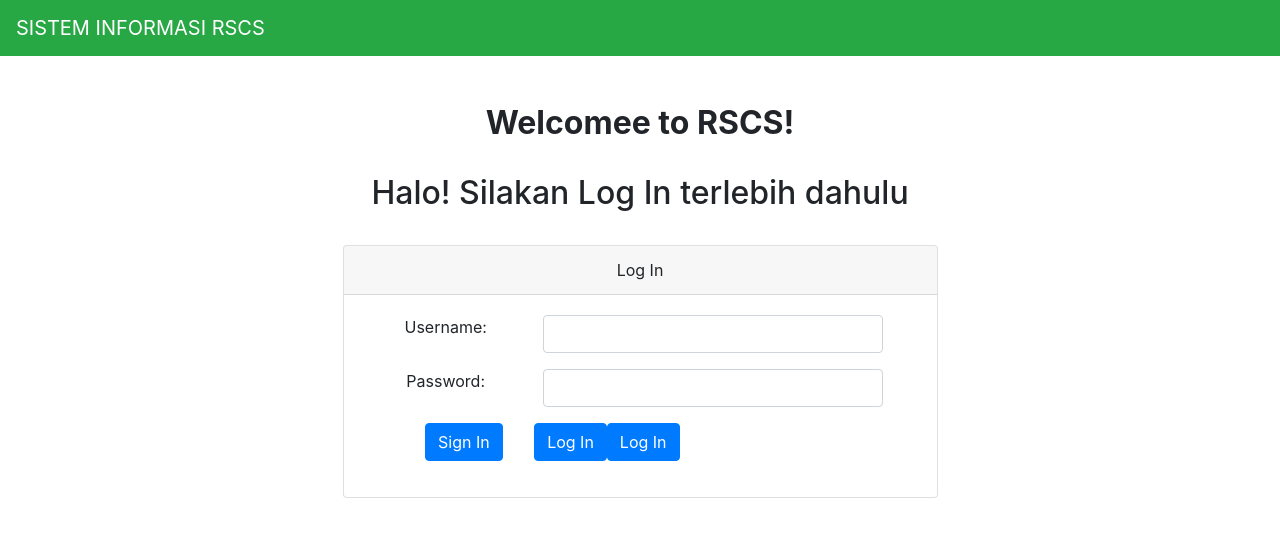
Repository: usamah1707/Tugas-Akhir-Kelompok-6
Page: http://localhost/login
The author's editor kept a copy of each file at every save. The page is drawn from the files as they stood at one save, then again after the next save.
The browser window is 1280 px wide. The pictures show the whole page.
The page is this project's Thymeleaf template; nobody is signed in. The template is opened directly, without the code that normally fills it, so the values that code supplies are empty.

Above is the page before, as saved 2019-06-04 07:14:28.

After the next save:
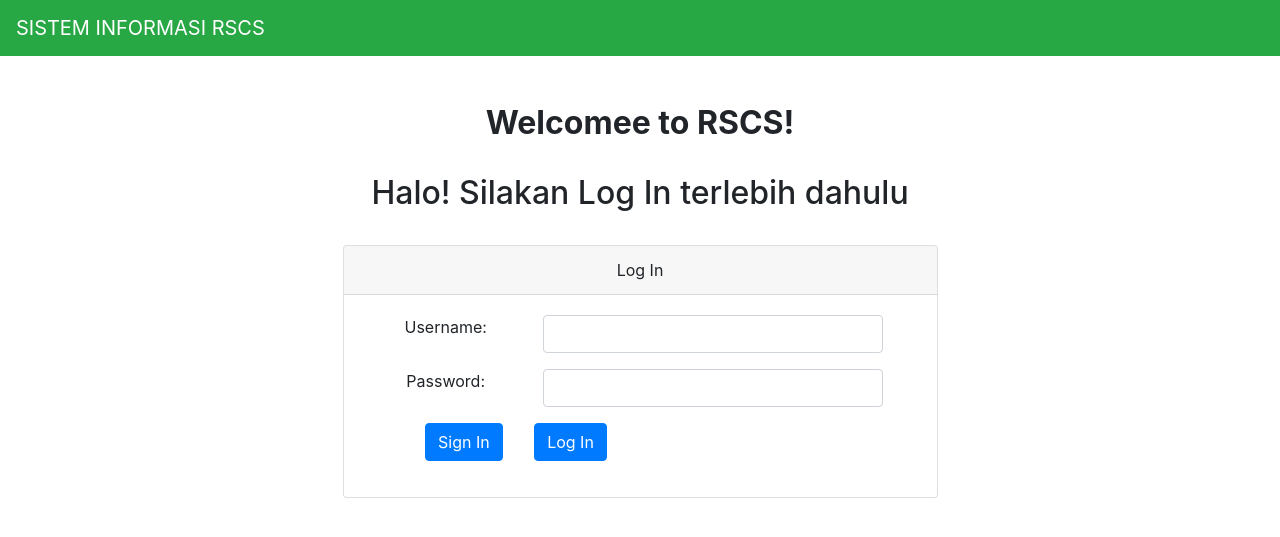
Saved 2 min 7 s later.
--- a/TA_6/src/main/resources/templates/login.html
+++ b/TA_6/src/main/resources/templates/login.html
@@ -53,7 +53,7 @@
                             &nbsp &nbsp &nbsp &nbsp &nbsp &nbsp &nbsp &nbsp &nbsp <button type="submit" class="btn btn-primary" align = "center">Sign In</button>
 
                                &nbsp &nbsp &nbsp &nbsp  <button type="submit" class="btn btn-primary" style="text-align: left">Log In</button>
-                                <button type="submit" class="btn btn-primary" style="text-align: left">Log In</button>
+
 
                             </div>
                         </form>
